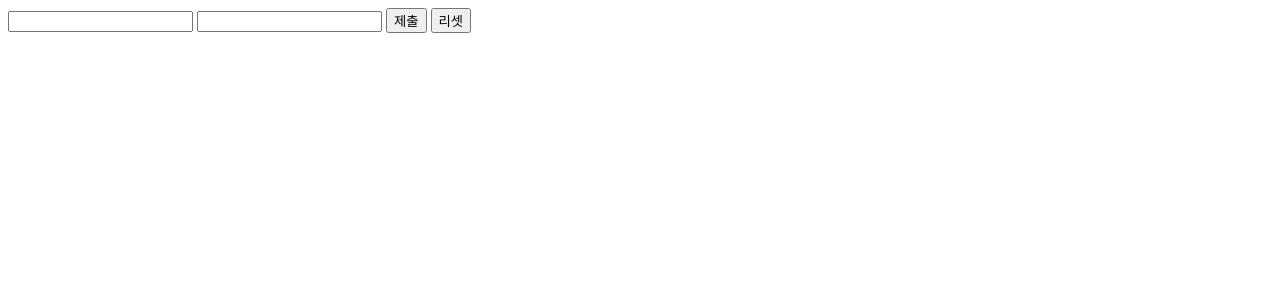
Repository: hanbeen03/javabasic
Page: http://localhost/JSPBasic/01-request/req_param_send.jsp
An editor plug-in stored every save of this project. The page is shown before and after the next save, followed by the edit.
The browser window is 1280 px wide. The pictures show the whole page.
The page is served by Tomcat 9.

Above is the page before, as saved 2021-07-30 03:56:27.

### JSPBasic/WebContent/01-request/req_param_send.jsp
<%@ page language="java" contentType="text/html; charset=UTF-8"
    pageEncoding="UTF-8"%>
<!DOCTYPE html>
<html>
<head>
<meta charset="UTF-8">
<title>객체에 파라미터 전달 예제</title>
</head>
<body>
	<form action="" method="post">
		<input type="text" name="apple"/>
		<input type="password" name="banana"/>
		<input type="submit" value="제출"/>
		<input type="reset" value="리셋"/>
	</form>
</body>
</html>

After the next save:
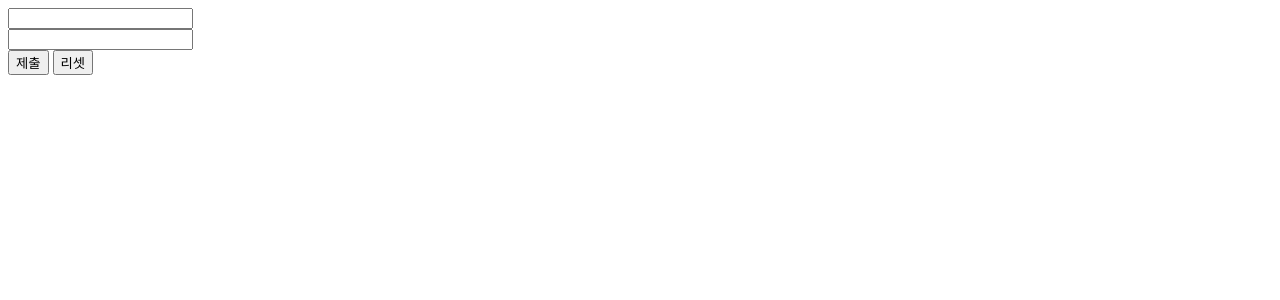
Saved 21 s later.
--- a/JSPBasic/WebContent/01-request/req_param_send.jsp
+++ b/JSPBasic/WebContent/01-request/req_param_send.jsp
@@ -8,8 +8,8 @@
 </head>
 <body>
 	<form action="" method="post">
-		<input type="text" name="apple"/>
-		<input type="password" name="banana"/>
+		<input type="text" name="apple"/><br>
+		<input type="password" name="banana"/><br>
 		<input type="submit" value="제출"/>
 		<input type="reset" value="리셋"/>
 	</form>
